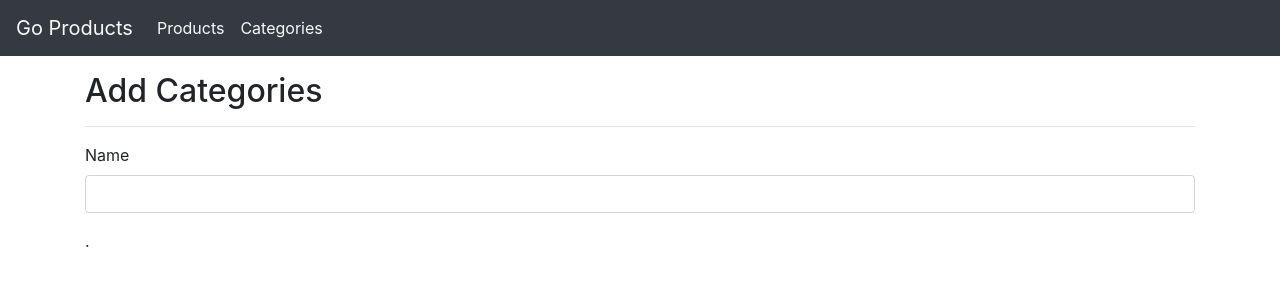
Repository: Nouthemoran/go-web-native-crud
Page: views/category/create.html
These files come from the project's save history. The page is drawn as it stood at one moment and after the next save; the edit follows.
The browser window is 1280 px wide. The pictures show the whole page.

Above is the page before, as saved 2023-10-05 15:59:06.

### views/category/create.html
<!doctype html>
<html lang="en">
  <head>
    <!-- Required meta tags -->
    <meta charset="utf-8">
    <meta name="viewport" content="width=device-width, initial-scale=1, shrink-to-fit=no">

    <!-- Bootstrap CSS -->
    <link rel="stylesheet" href="https://cdn.jsdelivr.net/npm/bootstrap@4.3.1/dist/css/bootstrap.min.css" integrity="sha384-ggOyR0iXCbMQv3Xipma34MD+dH/1fQ784/j6cY/iJTQUOhcWr7x9JvoRxT2MZw1T" crossorigin="anonymous">

    <title>golang project</title>
  </head>
  <body>
    <!-- Navbar -->
    <nav class="navbar navbar-expand-lg bg-dark">
        <a class="navbar-brand text-light" href="#">Go Products</a>
        <button class="navbar-toggler" type="button" data-toggle="collapse" data-target="#navbarNav" aria-controls="navbarNav" aria-expanded="false" aria-label="Toggle navigation">
          <span class="navbar-toggler-icon"></span>
        </button>
        <div class="collapse navbar-collapse" id="navbarNav">
          <ul class="navbar-nav ms-auto">
            <li class="nav-item active">
              <a class="nav-link text-light" href="/products">Products<span class="sr-only">(current)</span></a>
            </li>
            <li class="nav-item">
              <a class="nav-link text-light" href="/categories">Categories</a>
            </li>
          </ul>
        </div>
      </nav>
    <!-- End of Navbar -->

    <div class="container mt-3">
        <h2>Add Categories</h2>
        <hr>

        <form action="/categories/create" method="POST">
            <div class="form-group">
                <label>Name</label>
                <input type="text" class="form-control" name="name" autocomplete="off">

              </div>
              .
        </form>
    </div>

    <!-- Optional JavaScript -->
    <!-- jQuery first, then Popper.js, then Bootstrap JS -->
    <script src="https://code.jquery.com/jquery-3.3.1.slim.min.js" integrity="sha384-q8i/X+965DzO0rT7abK41JStQIAqVgRVzpbzo5smXKp4YfRvH+8abtTE1Pi6jizo" crossorigin="anonymous"></script>
    <script src="https://cdn.jsdelivr.net/npm/popper.js@1.14.7/dist/umd/popper.min.js" integrity="sha384-UO2eT0CpHqdSJQ6hJty5KVphtPhzWj9WO1clHTMGa3JDZwrnQq4sF86dIHNDz0W1" crossorigin="anonymous"></script>
    <script src="https://cdn.jsdelivr.net/npm/bootstrap@4.3.1/dist/js/bootstrap.min.js" integrity="sha384-JjSmVgyd0p3pXB1rRibZUAYoIIy6OrQ6VrjIEaFf/nJGzIxFDsf4x0xIM+B07jRM" crossorigin="anonymous"></script>
  </body>
</html>

After the next save:
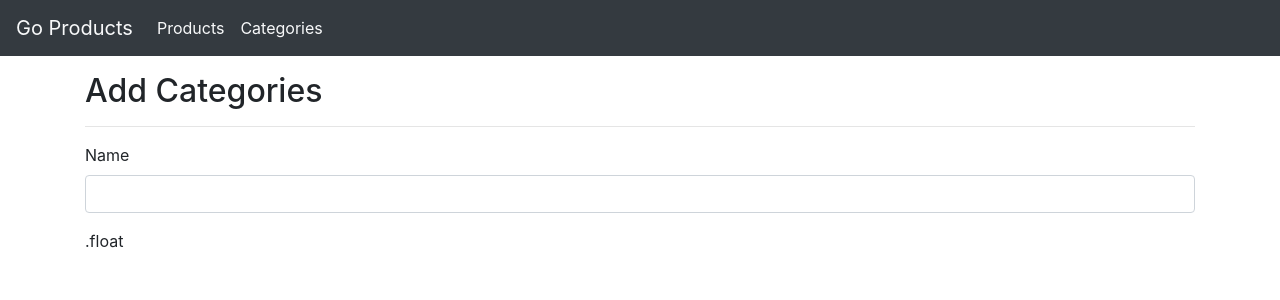
Saved 6 s later.
--- a/views/category/create.html
+++ b/views/category/create.html
@@ -40,7 +40,7 @@
                 <input type="text" class="form-control" name="name" autocomplete="off">
 
               </div>
-              .
+              .float
         </form>
     </div>
 

After the 3 saves that followed:
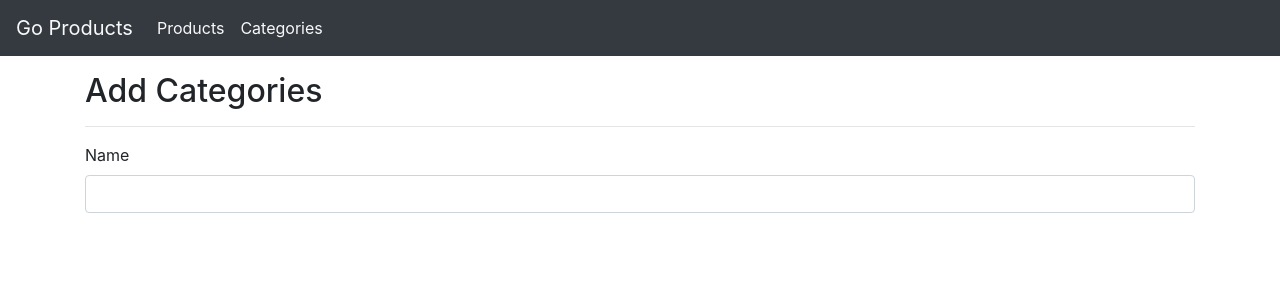
The 3 saves are shown as one change because they came seconds apart.
The last was saved 8 s later.
--- a/views/category/create.html
+++ b/views/category/create.html
@@ -40,7 +40,9 @@
                 <input type="text" class="form-control" name="name" autocomplete="off">
 
               </div>
-              .float
+              <div class="float-end">
+
+              </div>
         </form>
     </div>
 
